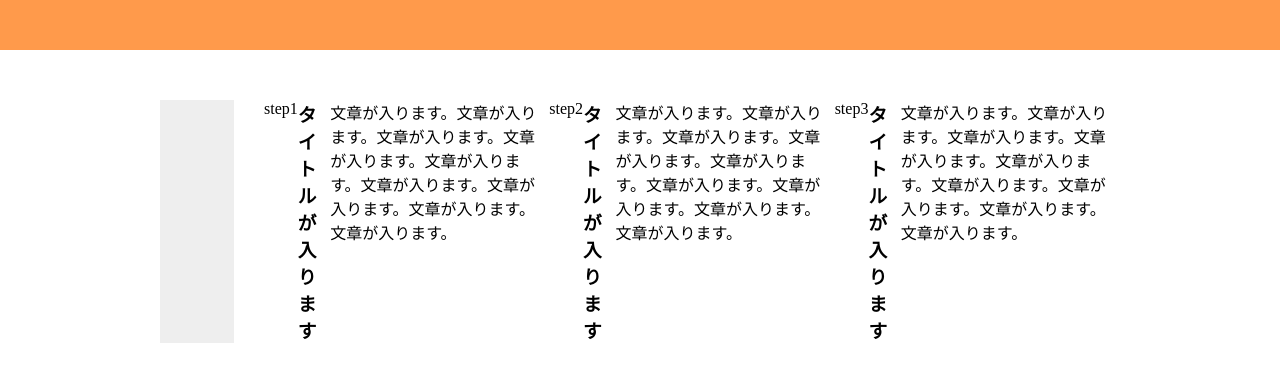
Repository: takuto27/ouyou
Page: chapter9-2_exercise/ensyu9-2.html
The author's editor kept a record of every edit. The page is drawn from the files as they stood at one moment, then again after the next edit.
The browser window is 1280 px wide. The pictures show the whole page.

Above is the page before.

After the next edit:
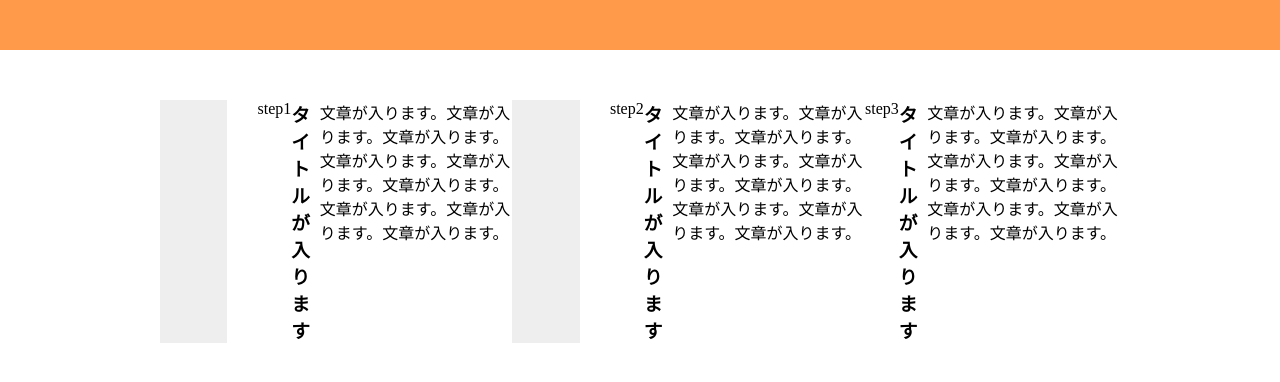
The edit:
--- a/chapter9-2_exercise/ensyu9-2.html
+++ b/chapter9-2_exercise/ensyu9-2.html
@@ -16,7 +16,7 @@
         <h3 class="title">タイトルが入ります</h3>
         <p class="text">文章が入ります。文章が入ります。文章が入ります。文章が入ります。文章が入ります。文章が入ります。文章が入ります。文章が入ります。文章が入ります。</p>
 
-      <div class="box2"></div>
+      <div class="box"></div>
         <div class="image"></div>
         <span class="category">step2</span>
         <h3 class="title">タイトルが入ります</h3>
